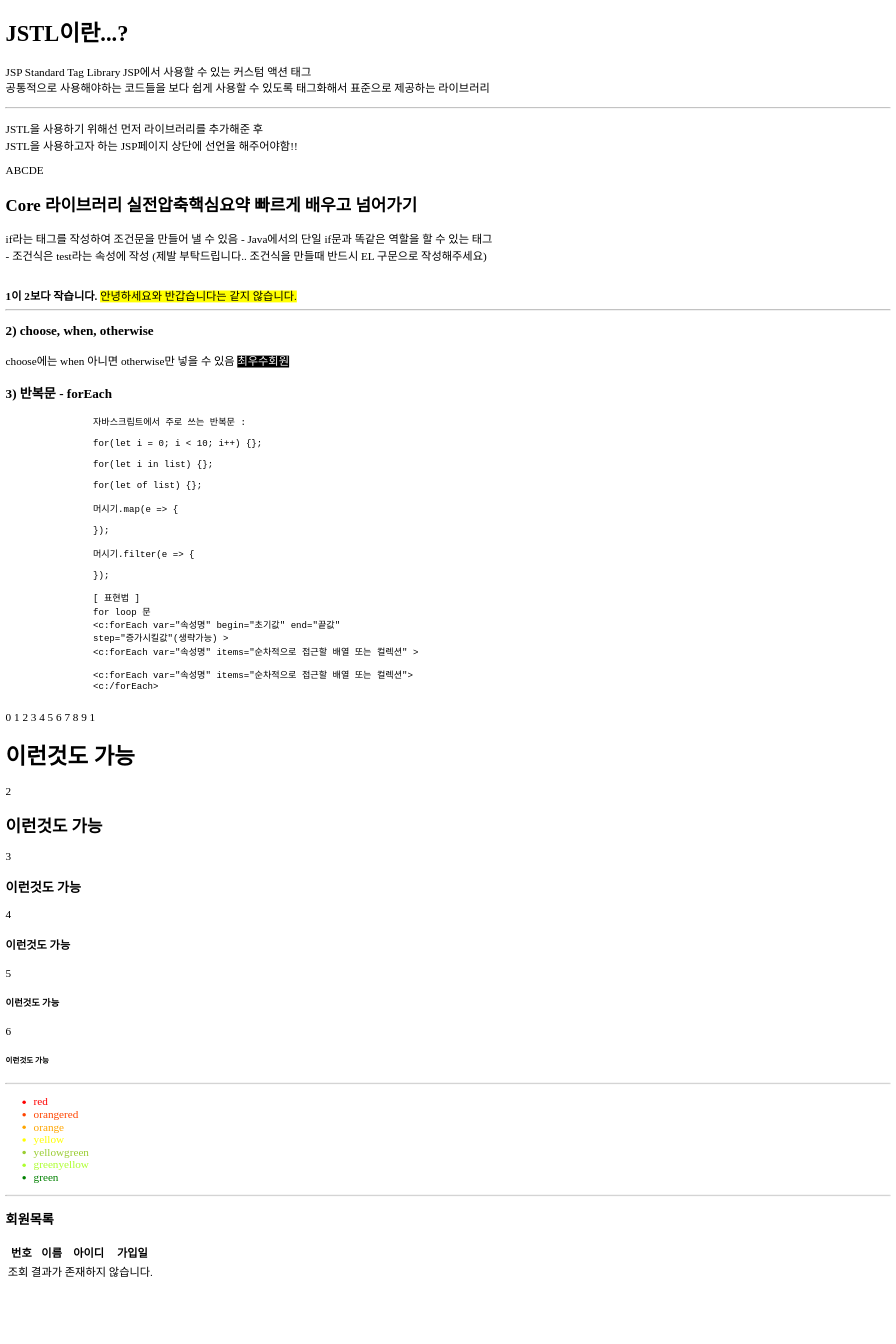
Repository: parkjin-sol/web-workplace
Page: http://localhost/McdonaldProject/jstl
The author's editor kept a copy of each file at every save. The page is drawn from the files as they stood at one save, then again after the next save.
The browser window is 1280 px wide. The pictures show the part of the page from y = 0 to 1920 px (the page is 2919 px tall before and 3208 px after), at 70% of full size.
The page is served by Tomcat 9. Other server files are loaded and not shown. Queries for data that is not in the repository find no rows.

Above is the page before, as saved 2025-03-11 08:21:42.

### McdonaldProject/src/main/webapp/WEB-INF/views/jstl/JSTL.jsp
<%@ page language="java" contentType="text/html; charset=UTF-8"
    pageEncoding="UTF-8"%>
<%@ taglib prefix="c" uri = "http://java.sun.com/jsp/jstl/core" %>
<!DOCTYPE html>
<html>
<head>
<meta charset="UTF-8">
<title>만드셨나용?</title>
</head>
<body>

	<h1>JSTL이란...?</h1>

	<p>
		JSP Standard Tag Library JSP에서 사용할 수 있는 커스텀 액션 태그 <br>
		공통적으로 사용해야하는 코드들을 보다 쉽게 사용할 수 있도록
		태그화해서 표준으로 제공하는 라이브러리

	</p>

	<hr>

	<p>
		JSTL을 사용하기 위해선 먼저 라이브러리를 추가해준 후 <br>
		JSTL을 사용하고자 하는 JSP페이지 상단에 선언을 해주어야함!! <br>
	</p>


	<% if(true){ %>
		ABCDE
	<%	} %>

	<h2>Core 라이브러리 실전압축핵심요약 빠르게 배우고 넘어가기</h2>


	<p>
		if라는 태그를 작성하여 조건문을 만들어 낼 수 있음
		- Java에서의 단일 if문과 똑같은 역할을 할 수 있는 태그 <br>
		- 조건식은 test라는 속성에 작성
		(제발 부탁드립니다.. 조건식을 만들때 반드시 EL 구문으로 작성해주세요)

	</p>
	<br>

	<c:if test="${ 1 lt 2 }">
	<strong> 1이 2보다 작습니다. </strong>
	</c:if>

	<c:if test="${ 1 gt 2 }">
		<strong>1이 2보다 큽니다.</strong>
	</c:if>

	<c:if test="${ '안녕하세요' ne '반갑습니다' }">
		<mark>안녕하세요와 반갑습니다는 같지 않습니다.</mark>
	</c:if>

	<hr>

	<h3>2) choose, when, otherwise</h3>

	<!-- point라는 키값으로 value가 넘어옴 -->

	<!--
		포인트 사용량이 100이하라면 일반회원이라고 출력해주고 싶음
		포인트 사용량이 300이하라면 우수회원이라고 출력해주고 싶음
		앞의 두 케이스에 걸리지 않을 시 최우수회원이라고 출력해주고 싶음
	-->

	choose에는 when 아니면 otherwise만 넣을 수 있음

	<c:choose>
		<c:when test="${ point le 100 }">
			일반회원 <br>
		</c:when>
		<c:when test="${ point le 300 }">
			<label style ="color: gold;">우수회원</label>
		</c:when>
		<c:otherwise>
			<mark style="color: white; background-color: black;">최우수회원</mark>
		</c:otherwise>
	</c:choose>

	<h3>3) 반복문 - forEach </h3>

	<pre>
		자바스크립트에서 주로 쓰는 반복문 :

		for(let i = 0; i < 10; i++) {};

		for(let i in list) {};

		for(let of list) {};

		머시기.map(e => {

		});

		머시기.filter(e => {

		});

		[ 표현법 ]
		for loop 문
		&lt;c:forEach var="속성명" begin="초기값" end="끝값"
		step="증가시킬값"(생략가능) &gt;
		&lt;c:forEach var="속성명" items="순차적으로 접근할 배열 또는 컬렉션" &gt;

		&lt;c:forEach var="속성명" items="순차적으로 접근할 배열 또는 컬렉션"&gt;
		&lt;c:/forEach&gt;
	</pre>

	<c:forEach var="i" begin="0" end="9">
		${ i }

	</c:forEach>

	<c:forEach var="i" begin="1" end="6">
    		${ i }
			<h${i}> 이런것도 가능</h${i}>
    </c:forEach>

    <hr>

    <ul>
     	<c:forEach var="c" items="${ colors }">
    		<li style="color: ${c}">${ c }</li>
    	</c:forEach>
    </ul>

    <hr>

    <h3>회원목록</h3>
    <!--
    	caption,
    	thead, tbody, tfoot
    	tr
    	th, td
     -->

    <table>
    	<thead>
    		<tr>
    			<th>번호</th>
    			<th>이름</th>
    			<th>아이디</th>
    			<th>가입일</th>
    		</tr>
    	</thead>
    	<tbody>
    		<!-- 조회결과가 있는지 없는지 확인 -->
    		<!--
    			조건식 만들때 필요한것
    			최소 한 개 이상의 값
    		 -->
    		<c:choose>
    			<c:when test="${ empty requestScope.users }">

    				<tr>
    					<td colspan= "4"> 조회 결과가 존재하지 않습니다. </td>
    				</tr>

    			</c:when>
    			<c:otherwise>
    				<c:forEach items="${ requestScope.users }" var="user">
    					<tr>
    						<td>${ user.userNo }</td>
    						<td>${ user.userId }</td>
    						<td>${ user.userName }</td>
    						<td>${ user.enrollDate }</td>

    					</tr>
    				</c:forEach>
    			</c:otherwise>
    		</c:choose>

    	</tbody>


    </table>




	<br><br><br><br><br><br><br><br><br><br><br><br><br><br><br>
	<br><br><br><br><br><br><br><br><br><br><br><br><br><br><br>
	<br><br><br><br><br><br><br><br><br><br><br><br><br><br><br>
	<br><br><br><br><br><br><br><br><br><br><br><br><br><br><br>

</body>
</html>

### McdonaldProject/src/main/java/com/kh/mcdonald/controller/JstlController.java
package com.kh.mcdonald.controller;

import java.io.IOException;
import java.util.List;

import javax.servlet.RequestDispatcher;
import javax.servlet.ServletException;
import javax.servlet.annotation.WebServlet;
import javax.servlet.http.HttpServlet;
import javax.servlet.http.HttpServletRequest;
import javax.servlet.http.HttpServletResponse;

import com.kh.mcdonald.model.dto.UserDTO;
import com.kh.mcdonald.model.service.UserService;


@WebServlet("/jstl")
public class JstlController extends HttpServlet {
	private static final long serialVersionUID = 1L;


    public JstlController() {
        super();
    }


	protected void doGet(HttpServletRequest request, HttpServletResponse response) throws ServletException, IOException {
		int point = 500;
		request.setAttribute("point", point);

		String[] colors = {"red", "orangered", "orange", "yellow", "yellowgreen",
				"greenyellow", "green"};

		request.setAttribute("colors", colors);


		// TB_USER 가지고 할 것
		List<UserDTO> list = new UserService().findAll();

		request.setAttribute("users", list);
		request.setAttribute("msg", "인제 리스트가 널이 아니면 조회성공이라고 보내고 싶어");

		request.getRequestDispatcher("/WEB-INF/views/jstl/JSTL.jsp").forward(request, response);



	}


	protected void doPost(HttpServletRequest request, HttpServletResponse response) throws ServletException, IOException {
		doGet(request, response);
	}

}

### McdonaldProject/src/main/java/com/kh/mcdonald/model/service/UserService.java
package com.kh.mcdonald.model.service;

import java.util.List;

import com.kh.mcdonald.model.dao.UserDAO;
import com.kh.mcdonald.model.dto.UserDTO;

public class UserService {

	private UserDAO userDao = new UserDAO();

	public List<UserDTO> findAll(){
		return userDao.findAll();
	}
}

### McdonaldProject/src/main/java/com/kh/mcdonald/model/dao/UserDAO.java
package com.kh.mcdonald.model.dao;

import java.sql.Connection;
import java.sql.DriverManager;
import java.sql.PreparedStatement;
import java.sql.ResultSet;
import java.sql.SQLException;
import java.util.ArrayList;
import java.util.List;

import com.kh.mcdonald.model.dto.UserDTO;

public class UserDAO {

	static {
		try {
			Class.forName("oracle.jdbc.driver.OracleDriver");
		} catch (ClassNotFoundException e) {
			e.printStackTrace();
		}
	}
	public List<UserDTO> findAll() {
		List<UserDTO> list = new ArrayList();
		try(Connection conn = DriverManager.getConnection("jdbc:oracle:thin:@112.221.156.34:12345:XE",
				"KH11_PJS", "KH1234");
				PreparedStatement pstmt = conn.prepareStatement(
						"""
						SELECT
							USER_NO,
							USER_ID,
							USER_PW,
							USER_NAME,
							ENROLL_DATE
						FROM
							TB_USER
						ORDER
							BY
							ENROLL_DATE DESC
						"""
						);
				ResultSet rset = pstmt.executeQuery()
				){
			while(rset.next()) {

				list.add(new UserDTO (
									  rset.getInt("USER_NO"),
									  rset.getString("USER_ID"),
									  rset.getString("USER_PW"),
									  rset.getString("USER_NAME"),
									  rset.getDate("ENROLL_DATE")
						));
			}

		} catch (SQLException e) {
			e.printStackTrace();
		}
		return list;
	}
}

After the next save:
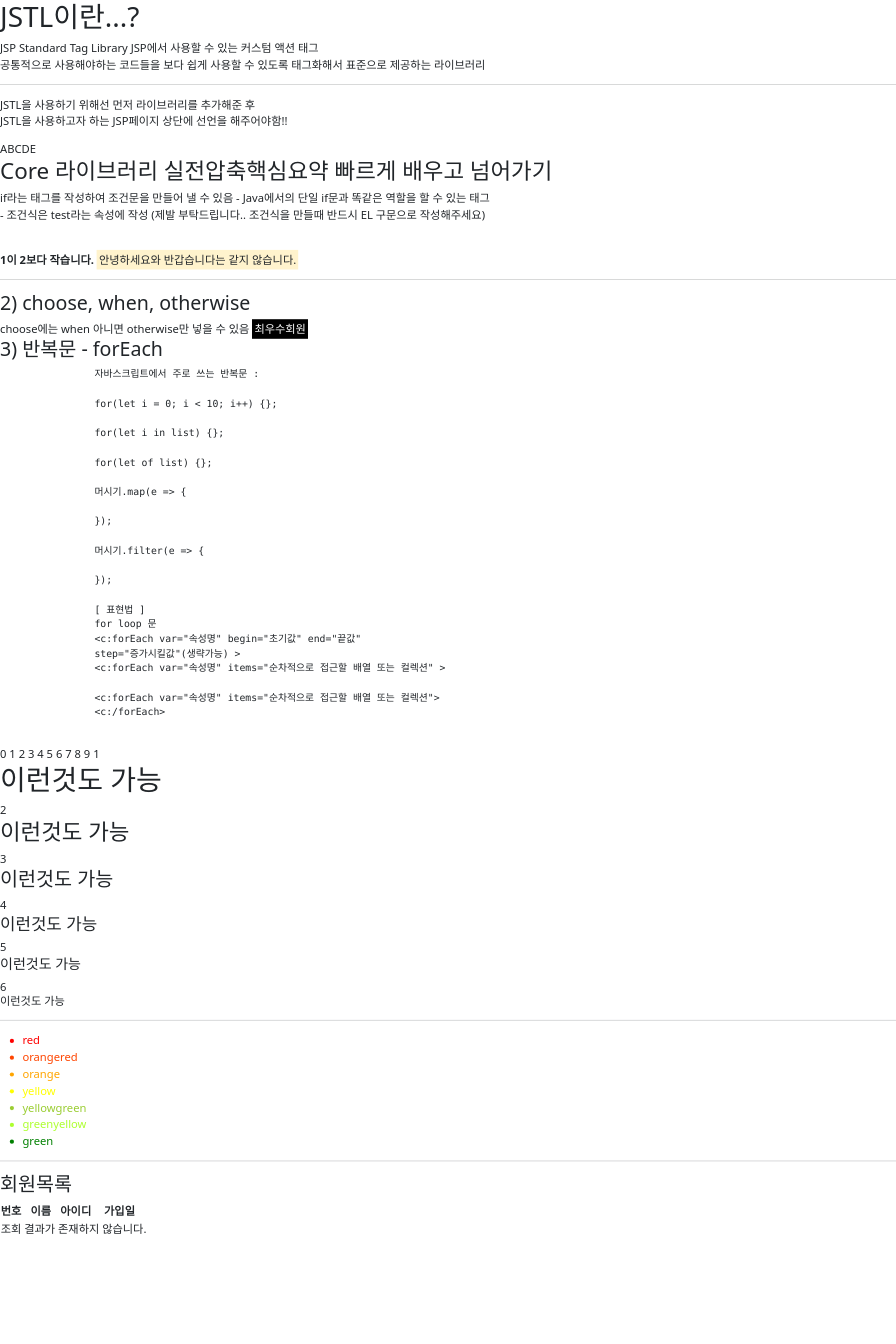
Saved 21 min 44 s later.
--- a/McdonaldProject/src/main/webapp/WEB-INF/views/jstl/JSTL.jsp
+++ b/McdonaldProject/src/main/webapp/WEB-INF/views/jstl/JSTL.jsp
@@ -6,6 +6,11 @@
 <head>
 <meta charset="UTF-8">
 <title>만드셨나용?</title>
+<!-- Latest compiled and minified CSS -->
+<link href="https://cdn.jsdelivr.net/npm/bootstrap@5.3.3/dist/css/bootstrap.min.css" rel="stylesheet">
+
+<!-- Latest compiled JavaScript -->
+<script src="https://cdn.jsdelivr.net/npm/bootstrap@5.3.3/dist/js/bootstrap.bundle.min.js"></script>
 </head>
 <body>
 
